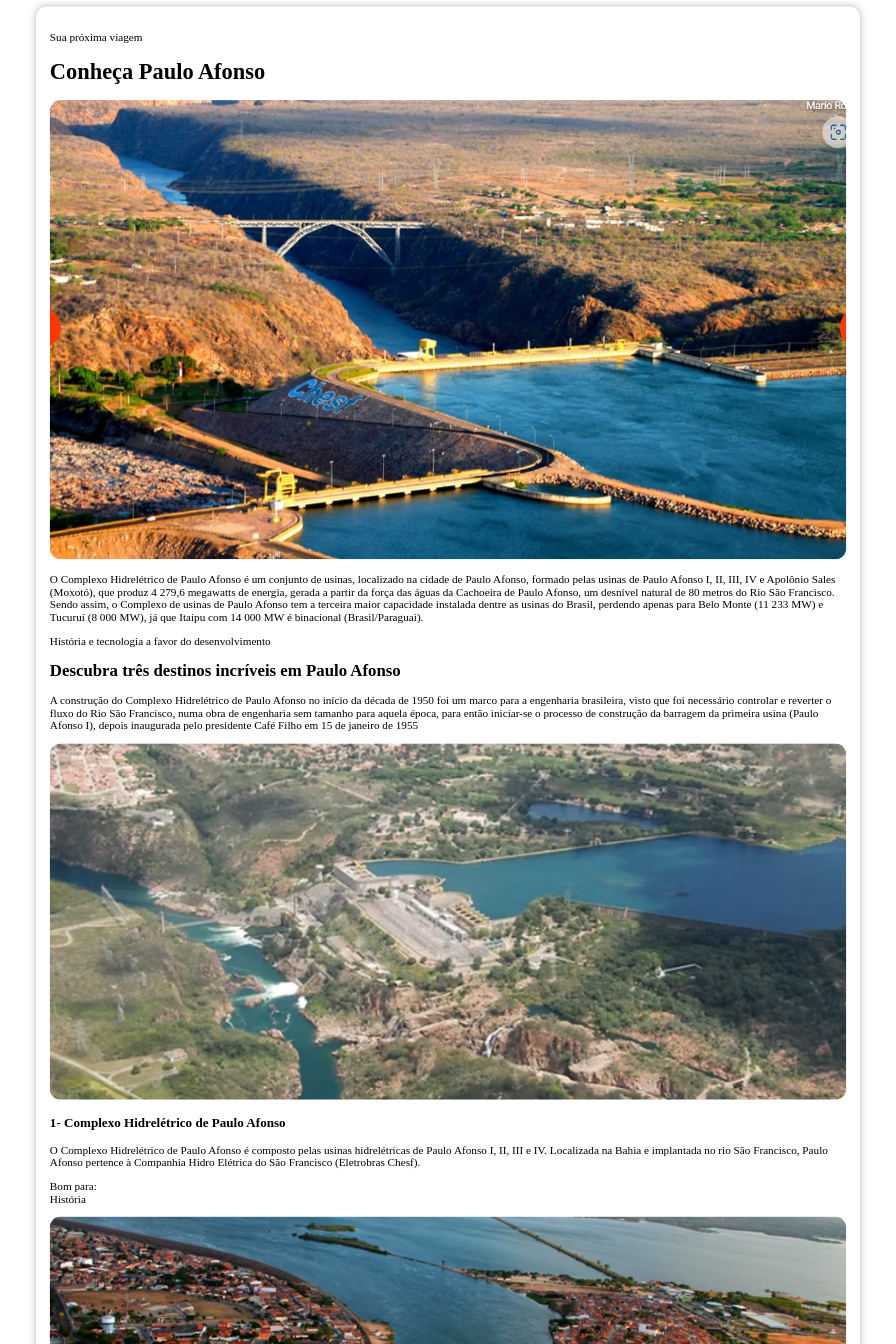
Repository: JeffRodFer/testeGitXGithub
Page: index.html
The author's editor kept a copy of each file at every save. The page is drawn from the files as they stood at one save, then again after the next save.
The browser window is 1280 px wide. The pictures show the part of the page from y = 0 to 1920 px (the page is 3264 px tall before and 3140 px after), at 70% of full size.

Above is the page before, as saved 2025-03-15 21:08:41.

After the next save:
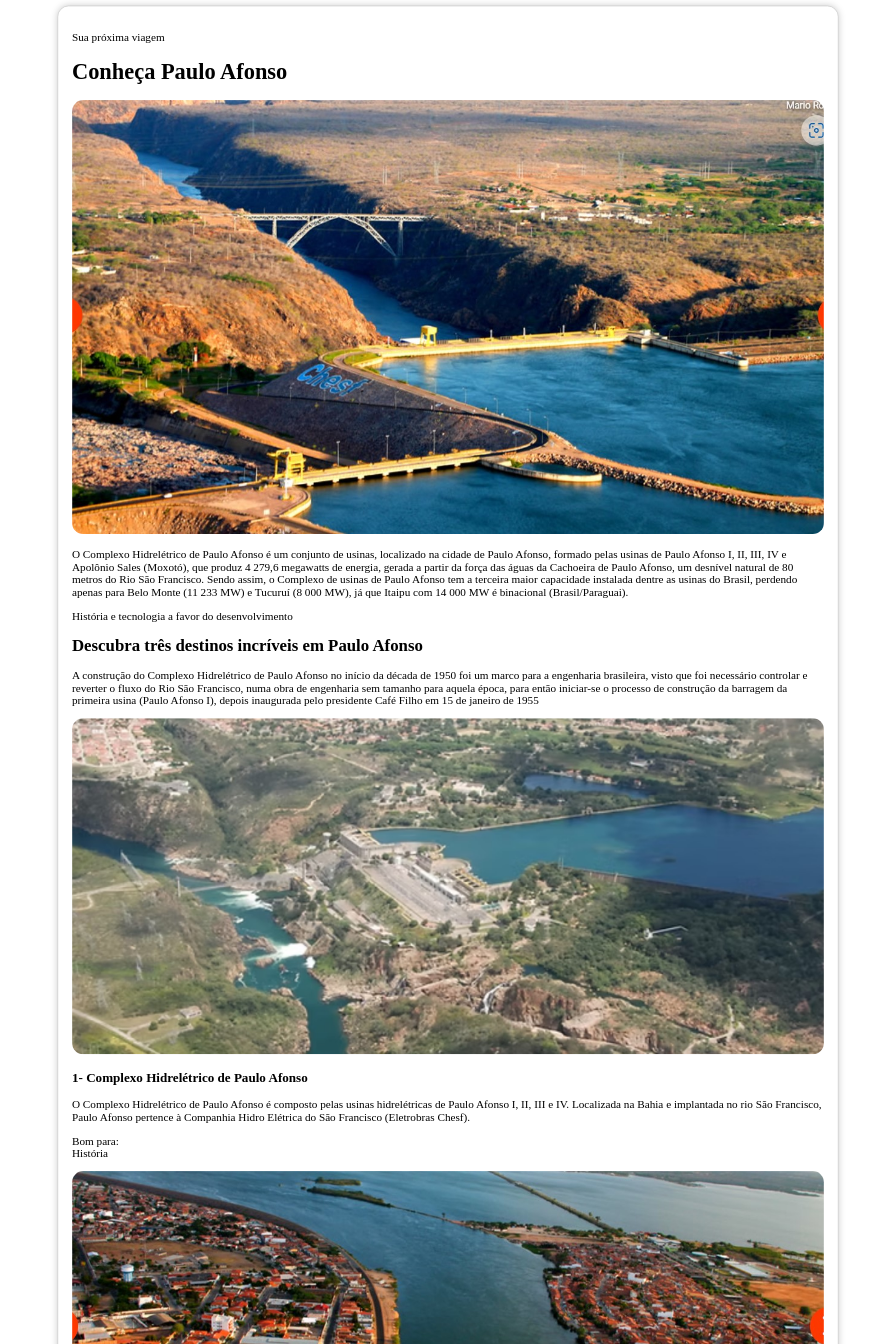
Saved 17 s later.
--- a/style.css
+++ b/style.css
@@ -4,7 +4,7 @@ body {
 }
 
 .page {
-    width: 90%;
+    width: 85%;
     margin: 0 auto;
     padding: 20px;
     background-color: white;
